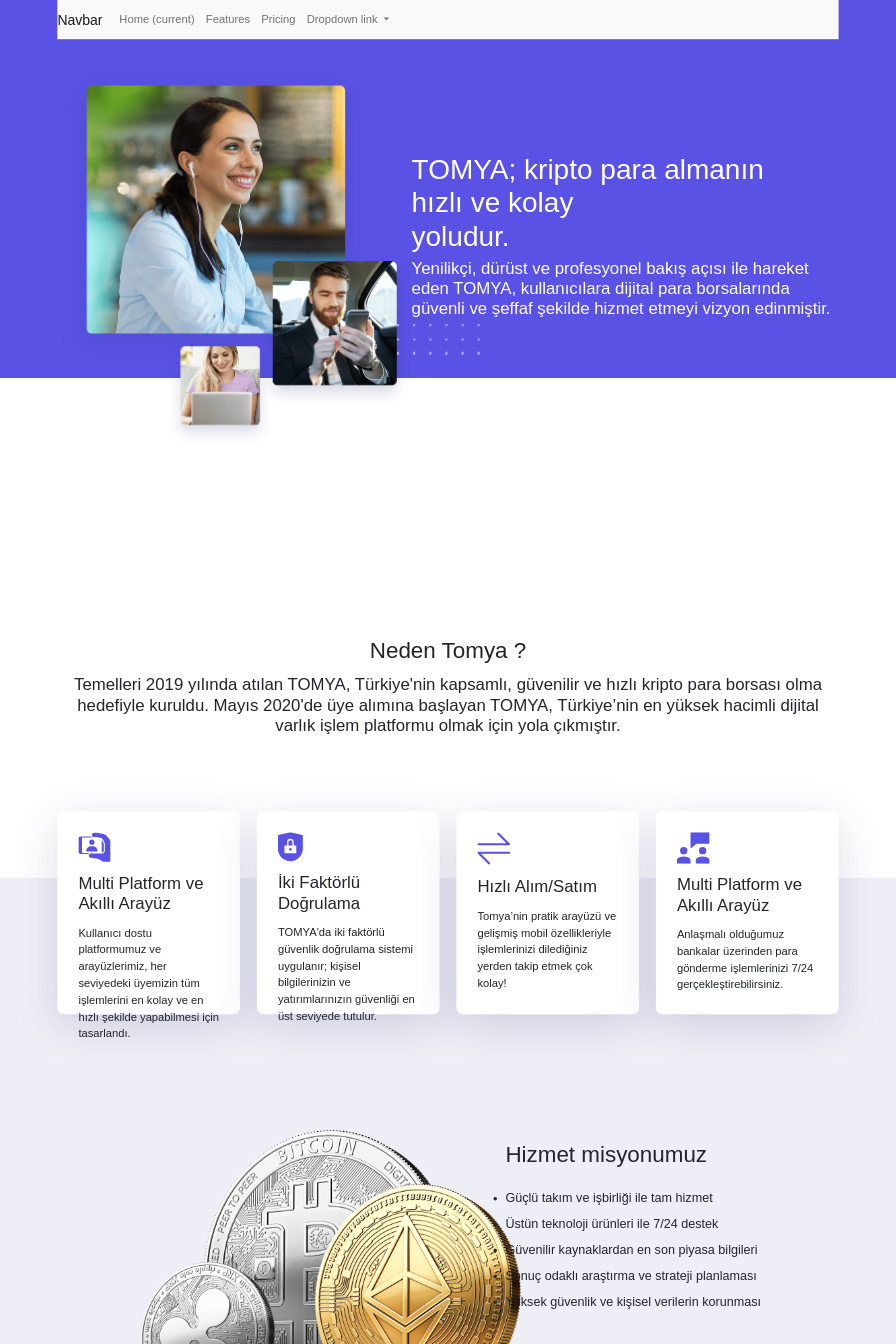
Repository: ezgibayrakli/TomyaProje
Page: index copy.html
These files come from the project's save history. The page is drawn as it stood at one moment and after the next save; the edit follows.
The browser window is 1280 px wide. The pictures show the part of the page from y = 0 to 1920 px (the page is 5181 px tall), at 70% of full size.
Some web fonts or font styles are not loaded; a fallback is used.

Above is the page before, as saved 2023-07-06 13:31:40.

### index copy.html
<!DOCTYPE html>
<html lang="en">
<head>
    <meta charset="UTF-8">
    <meta name="viewport" content="width=device-width, initial-scale=1.0">
    <!-- BOOTSTRAP -->
    <link href="https://cdn.jsdelivr.net/npm/bootstrap@5.1.3/dist/css/bootstrap.min.css" rel="stylesheet" integrity="sha384-1BmE4kWBq78iYhFldvKuhfTAU6auU8tT94WrHftjDbrCEXSU1oBoqyl2QvZ6jIW3" crossorigin="anonymous">
    <link rel="stylesheet" href="style.css">
    <title>Hakkımızda-Tomya</title>
</head>
<body>
    <!-- HEADER START -->
    <section id="header">
        <div class="header">
            <div class="container">
                <nav class="navbar navbar-expand-lg navbar-light bg-light">
                    <a class="navbar-brand" href="#">Navbar</a>
                    <button class="navbar-toggler" type="button" data-toggle="collapse" data-target="#navbarNavDropdown" aria-controls="navbarNavDropdown" aria-expanded="false" aria-label="Toggle navigation">
                      <span class="navbar-toggler-icon"></span>
                    </button>
                    <div class="collapse navbar-collapse" id="navbarNavDropdown">
                      <ul class="navbar-nav">
                        <li class="nav-item active">
                          <a class="nav-link" href="#">Home <span class="sr-only">(current)</span></a>
                        </li>
                        <li class="nav-item">
                          <a class="nav-link" href="#">Features</a>
                        </li>
                        <li class="nav-item">
                          <a class="nav-link" href="#">Pricing</a>
                        </li>
                        <li class="nav-item dropdown">
                          <a class="nav-link dropdown-toggle" href="#" id="navbarDropdownMenuLink" data-toggle="dropdown" aria-haspopup="true" aria-expanded="false">
                            Dropdown link
                          </a>
                          <div class="dropdown-menu" aria-labelledby="navbarDropdownMenuLink">
                            <a class="dropdown-item" href="#">Action</a>
                            <a class="dropdown-item" href="#">Another action</a>
                            <a class="dropdown-item" href="#">Something else here</a>
                          </div>
                        </li>
                      </ul>
                    </div>
                  </nav>
                <div class="header-text">
                    <div class="header-about-img">
                        <span class="icons-header"></span>
                        <img src="photo/aboutus-banner.png" alt="">
                    </div>
                    <div class="header-about-text">
                        <h1>TOMYA; kripto para almanın <br> hızlı ve kolay <br> yoludur.</h1>
                        <h4>Yenilikçi, dürüst ve profesyonel bakış açısı ile hareket eden TOMYA, kullanıcılara dijital para borsalarında güvenli ve şeffaf şekilde hizmet etmeyi vizyon edinmiştir.</h4>
                    </div>

                </div>
                </div>
            </div>
        </div>
    </section>
    <!-- HEADER END -->

    <!-- MAIN MENU START -->
    <section id="mainmenu">
        <div class="main-menu">
            <div class="container">
              <h2 class="text-md-center mt-5">Neden Tomya ?</h2>
              <h4 class="text-md-center mt-3">Temelleri 2019 yılında atılan TOMYA, Türkiye'nin kapsamlı, güvenilir ve hızlı kripto para borsası olma hedefiyle kuruldu. Mayıs 2020'de üye alımına başlayan TOMYA, Türkiye’nin en yüksek hacimli dijital varlık işlem platformu olmak için yola çıkmıştır.</h4>
            <div class="row">
                <div class="col-sm-12 col-md-3">
                    <div class="box">
                        <img src="photo/ic-selfie.svg" alt="">
                        <div class="box-text">
                            <h4 class="mt-3">Multi Platform ve Akıllı Arayüz</h4>
                            <p class="mt-3">Kullanıcı dostu platformumuz ve arayüzlerimiz, her seviyedeki üyemizin tüm işlemlerini en kolay ve en hızlı şekilde yapabilmesi için tasarlandı.</p>
                        </div>
                    </div>
                </div>
                <div class="col-sm-12 col-md-3">
                    <div class="box">
                        <img src="photo/ic-privacy.svg" alt="">
                        <div class="box-text">
                            <h4 class="mt-3">İki Faktörlü Doğrulama</h4>
                            <p class="mt-3">TOMYA'da iki faktörlü güvenlik doğrulama sistemi uygulanır; kişisel bilgilerinizin ve yatırımlarınızın güvenliği en üst seviyede tutulur.</p>
                        </div>
                    </div>
                </div>
                <div class="col-sm-12 col-md-3">
                    <div class="box">
                        <img src="photo/ic-sellbuy.svg" alt="">
                        <div class="box-text">
                            <h4 class="mt-3">Hızlı Alım/Satım</h4>
                            <p class="mt-3">Tomya’nin pratik arayüzü ve gelişmiş mobil özellikleriyle işlemlerinizi dilediğiniz yerden takip etmek çok kolay!</p>
                        </div>
                    </div>
                </div>
                <div class="col-sm-12 col-md-3">
                    <div class="box">
                        <img src="photo/ic-support.svg" alt="">
                        <div class="box-text">
                            <h4 class="mt-3">Multi Platform ve Akıllı Arayüz</h4>
                            <p class="mt-3">Anlaşmalı olduğumuz bankalar üzerinden para gönderme işlemlerinizi 7/24 gerçekleştirebilirsiniz.</p>
                        </div>
                    </div>
                </div>
            </div>
            </div>
        </div>
        <div class="main-menu-two">
            <div class="container">
                <div class="row">
                    <div class="col-sm-12 col-md-6 coins">
                        <img src="photo/aboutus-coins.png" alt="">
                    </div>
                    <div class="col-sm-12 col-md-6 coins-text">
                        <h2 class="mt-3">Hizmet misyonumuz</h2>
                        <ul class="coins-text-ul">
                            <li>Güçlü takım ve işbirliği ile tam hizmet</li>
                            <li>Üstün teknoloji ürünleri ile 7/24 destek</li>
                            <li>Güvenilir kaynaklardan en son piyasa bilgileri</li>
                            <li>Sonuç odaklı araştırma ve strateji planlaması</li>
                            <li>Yüksek güvenlik ve kişisel verilerin korunması</li>
                        </ul>
                    </div>

                </div>
            </div>
        </div>
        <div class="main-menu-three">
            <div class="container">
                <h2 >İş Ortaklarımız</h2>
                <div class="row">
                        <div class="col-sm-12 col-md-6 bctr-img">
                            <img src="photo/BCTR-logo.png" alt="">
                        </div>
                        <div class="col-sm-12 col-md-6 mt-auto mb-auto ">
                            <p>Tomya Teknoloji A.Ş. olarak kripto ekosisteminde faaliyetlerimize hız kesmeden devam ediyoruz. Türkiye’de sürdürülebilir blockchain ekosistemi oluşturan, bu teknoloji ile yeni dönem iş yapış biçimlerinin önündeki zorlukların giderilmesine yönelik çalışmaları bulunan Blockchain Türkiye Platformu'na platin üye olduk.</p>
                        </div>
                </div>
            </div>
        </div>
        <div class="main-menu-four">
    <div class="container">
        <div class="row">
            <div class="col-sm-6">
                <h2>TOMYA'yı Sosyal Medyada Takip Edin</h2>
                <h3 class="mt-3">Dijital para borsalarındaki diğer yatırımcılarla bağlantı kurmak, promosyonlar hakkında bilgi almak ve yatırım stratejilerini tartışmak için TOMYA'yı sosyal medya üzerinden takip edebilirsiniz.</h3>
                <a href="#" ><img src="photo/followTwitter.svg" alt="" class="mt-5"></a>
            </div>
                <div class="col-sm-6 twitter-img">
                    <img  alt="img_twitter_social" src="photo/img_twitter_social.png">
                </div>
            </div>
    </div>
        </div>
        <div class="main-menu-five">
            <div class="container">
                <div class="box">
                    <div class="row">
                        <div class="col-md-4">
                            <h2>Basın Kiti</h2>
                        </div>
                        <div class="col-md-8">
                            <h3>Markamıza ait logomuzun medya kanallarında ya da farklı mecralarda en doğru şekilde kullanımı için basın materyallerini indirebilirsiniz.</h3>
                        </div>
                    </div>
                    <div class="row" style="height: 200px;margin-top: 45px;">
                        <div class="col-md-2 bg-white" style="margin-right:20px;border-radius: 10px;">
                            <h6 style="margin-top: 150px;text-align: center;">Logo Kullanımı</h6>
                        </div>
                        <div class="col bg-white" style="border-radius: 10px;">
                            <div class="row">
                                <div class="col-md-3">
                                    <h6 style="margin-top: 140px;text-align: center;">Renkli ve <br>
                                        Siyah/Beyaz kullanım</h6>
                                </div>
                                <div class="col-md-3">
                                    <h6 style="margin-top: 140px;text-align: center;">Logo baskı, web ve <br>
                                        HEX renk kodları</h6></div>
                                <div class="col-md-6">
                                <a href="#">
                                    <h6 class="btn-outline" style="margin-top: 140px;text-align: center;">
                                        Basın Kitini İndir
                                    </h6>
                                </a>
                                </div>
                        </div>

                    </div>
                </div>
            </div>
        </div>
    </section>
    <!-- MAIN MENU END -->

    <!-- FOOTER START -->
    <div class="footer">
        <div class="footer-one mt-5">
            <div class="container">
                <div class="wrap d-flex align-items-start flex-lg-row flex-column">
                    <h3>Avantajlı Kripto İşlemleri</h3>
                    <h5 class="w-100 ml-lg-3 mt-lg-0 ">TOMYA, müşterilerine güvenilir ve șeffaf hizmet anlayışının yanında düșük komisyon prensipleri de sunar. TOMYA ile dijital para borsalarındaki alım satım deneyiminizi en üst noktaya çıkarabilirsiniz.</h5>
                    <a href="#" class="btn mr-auto ml-auto  mr-lg-0 mt-lg-0 ">Hesap Oluştur</a>
                </div>
            </div>
        </div>
    <footer class="footer-two footer">
    <div class="container">
        <div class="row">
            <div class="col-md-2 items">
                <h6>Kurumsal</h6>
                <ul>
                    <li><a href="#">Kullanıcı Sözleşmesi</a></li>
                    <li><a href="#">Gizlilik ve Çerez Politikası</a></li>
                    <li><a href="#">Kişisel Verilerin Korunması</a></li>
                    <li><a href="#">Açık Rıza Ve Dijital İletişim İzni Beyanı</a></li>
                    <li><a href="#">Hakkımızda</a></li>
                    <li><a href="#">İletişim</a></li>
                </ul>
            </div>
            <div class="col-md-2 items">
                <h6>Kullanıcılar için</h6>
                <ul>
                    <li><a href="#">Blog</a></li>
                    <li><a href="#">Basında Biz</a></li>
                    <li><a href="#">Sıkça Sorulan Sorular</a></li>
                    <li><a href="#">Kripto Hesaplayıcı</a></li>
                    <li><a href="#">Kripto Sözlük</a></li>
                    <li><a href="#">Duyurular</a></li>
                    <li><a href="#">Limitler</a></li>
                    <li><a href="#">Para Yatırma ve Çekme Platformları</a></li>
                    <li><a href="#">Kara Para Aklamayı Önleme Politikası</a></li>
                    <li><a href="#">Müşterini Tanı (KYC) Politikası</a></li>

                </ul>
            </div>
            <div class="col-md-2 items">
                <h6>Kripto paralar</h6>
            <ul >
                    <li><a href="#">Bitcoin</a></li>
                    <li><a href="#">Ethereum</a></li>
                    <li><a  href="#">Ripple</a></li>
                    <li> <a  href="#">Litecoin</a></li>
                    <li><a  href="#">Tether</a></li>
                    <li> <a  href="#">Chainlink</a></li>
                    <li> <a  href="#">Polkadot</a></li>
                    <li> <a  href="#">Avalanche</a></li>
                    <li><a  href="#">Binance Coin</a></li>
                    <li>  <a  href="#">Pancakeswap</a></li>
                    <li> <a  href="#">Solana</a></li>
                    <li><a  href="#">NEAR Protocol</a></li>
                    <li> <a  href="#">ApeCoin</a></li>
                    <li><a  href="#">Uniswap</a></li>
                    <li><a  href="#">Fantom</a></li>
                    <li><a  href="#">Curve DAO</a></li>
                    <li> <a  href="#">Ethereum Classic</a></li>
            </ul>
            </div>
            <div class="col-md-2 items mt-4">
            <ul>
                <li><a href="#">Dogecoin</a></li>
                <li> <a href="#">Cardano</a></li>
                <li><a href="#">NEO</a></li>
                <li>  <a href="#">Chiliz</a></li>
                <li><a href="#">Holochain</a></li>
                <li> <a href="#">BitTorrent Chain</a></li>
                <li><a href="#">Decentraland</a></li>
                <li><a href="#">The Sandbox</a></li>
                <li> <a href="#">Shiba Inu</a></li>
                <li><a href="#">Polygon</a></li>
                <li> <a href="#">PAX Gold</a></li>
                <li> <a href="#">Cosmos</a></li>
                <li><a href="#">Enjin Coin</a></li>
                <li> <a href="#">VeChain</a></li>
                <li><a href="#">THORChain </a></li>
                <li> <a href="#">Oasis Network</a></li>

            </ul>
            </div>
            <div class="col-md-2 items">
                <h6>Rehber</h6>
                <ul>
                <li>  <a href="#">Bitcoin al</a></li>
                <li><a href="#">Ethereum al</a></li>
                <li> <a href="#">Ripple al</a></li>
                <li><a href="#">Litecoin al</a></li>
                <li> <a href="#">Tether al</a></li>
                <li> <a href="#">Chainlink al</a></li>
                <li><a href="#">Polkadot al</a></li>
                <li><a href="#">Avalanche al</a></li>
                <li> <a href="#">Binance Coin al</a></li>
                <li> <a href="#">Pancakeswap al</a></li>
                <li><a href="#">Solana al</a></li>
                <li><a href="#">NEAR Protocol al</a></li>
                <li><a href="#">ApeCoin al</a></li>
                <li> <a href="#">Uniswap al</a></li>
                <li>  <a href="#">Fantom al</a></li>
                <li><a href="#">Curve DAO al</a></li>
                <li><a href="#">Ethereum Classic al</a></li>

            </ul>
            </div>
            <div class="col-md-2 items mt-4">
            <ul>
                <li>   <a href="#">Dogecoin al</a></li>
                <li> <a href="#">Cardano al</a></li>
                <li><a href="#">NEO al</a></li>
                <li><a href="#">Chiliz al</a></li>
                <li><a href="#">Holochain al</a></li>
                <li> <a href="#">BitTorrent Chain al</a></li>
                <li> <a href="#">Decentraland al</a></li>
                <li><a href="#">The Sandbox al</a></li>
                <li><a href="#">Shiba Inu al</a></li>
                <li><a href="#">Polygon al</a></li>
                <li><a href="#">PAX Gold al</a></li>
                <li> <a href="#">Cosmos al</a></li>
                <li> <a href="#">Enjin Coin al</a></li>
                <li><a href="#">VeChain al</a></li>
                <li><a href="#">THORChain al</a></li>
                <li><a href="#">Oasis Network al</a></li>

            </ul>
            </div>
        </div>
        <hr class="mt-5" style="color: gray;">
      <div class=" pt-5 d-flex justify-content-lg-between flex-lg-row flex-column align-items-lg-center">
            <div>
            <h6 >TOMYA TEKNOLOJİ A.Ş. <br>Maslak Mah. Saat Sok. Spine Tower No: 5/10, <br>Sarıyer / İstanbul </h6>
            <br><h6 >Tel: 0(212) 807 10 71(72-73)</h6>
        </div>
        <div>
        <div class="social d-flex justify-content-lg-end mt-lg-0 mt-5">
            <a class="mr-4" href="https://www.facebook.com/tomya.com" target="_blank"><img  alt="facebook-ikon" src="photo/ic-fb.svg"></a>
            <a class="mr-4" href="https://twitter.com/tomyacom" target="_blank"><img  alt="twitter-ikon" src="photo/ic-tw.svg"></a>
            <a class="mr-4" href="https://www.instagram.com/tomyacom/" target="_blank"><img alt="instagram-ikon" src="photo/ic-ins.svg"></a>
            <a class="mr-4" href="https://t.me/tomyacom" target="_blank"><img alt="telegram-ikon" src="photo/ic-telegram.svg"></a>
            <a class="mr-4" href="https://www.youtube.com/channel/UCSOpFT_5xJLvf6yfXIyxDlQ" target="_blank"><img alt="yt-ikon" src="photo/ic-yt-logo.svg"></a>
        </div>
        </div>
       </div>
       <div class="row">
        <h6 class="mt-5 mb-5 tomya-end">Tüm Hakları Saklıdır. © 2021 - TOMYA <br> TOMYA TEKNOLOJİ A.Ş. <br> Mersis No: 0850062440300001</h6>
       </div>
    </div>
       </footer>

    </div>
    <!-- FOOTER END -->

    <script src="tomya.js"></script>
    <script src="https://cdn.jsdelivr.net/npm/bootstrap@5.1.3/dist/js/bootstrap.bundle.min.js" integrity="sha384-ka7Sk0Gln4gmtz2MlQnikT1wXgYsOg+OMhuP+IlRH9sENBO0LRn5q+8nbTov4+1p" crossorigin="anonymous"></script>
    <!-- SAYFAMIZIN NETWORK KISMINDAN UYGULANIP UYGULANMADIGINI GORURUZ -->
</body>
</html>

Loaded but not shown: style.css (302 lines, source omitted); tomya.js (no copy from this time; the picture is the same without it)

After the next save:
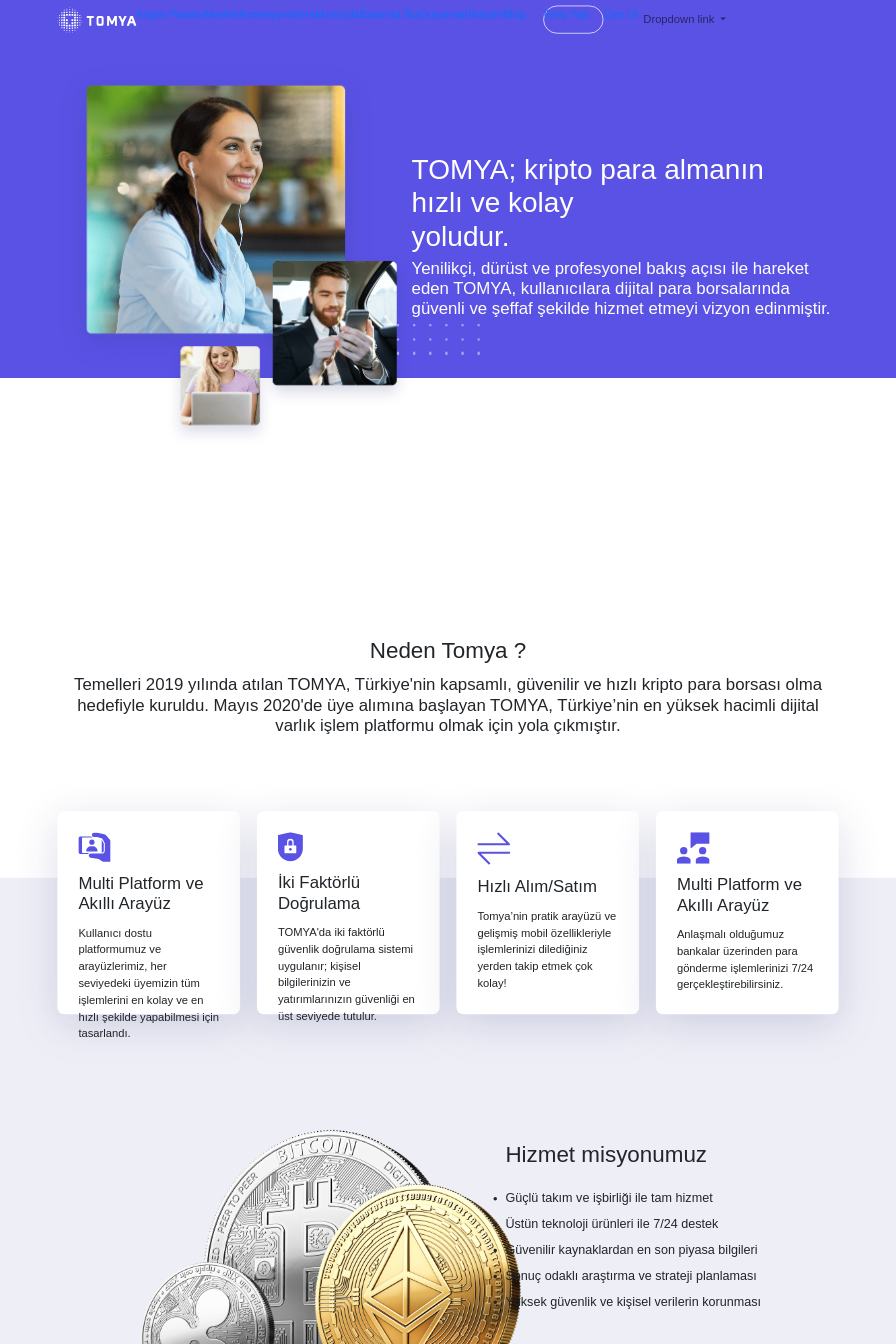
Saved 15 s later.
--- a/index copy.html
+++ b/index copy.html
@@ -13,22 +13,25 @@
     <section id="header">
         <div class="header">
             <div class="container">
-                <nav class="navbar navbar-expand-lg navbar-light bg-light">
-                    <a class="navbar-brand" href="#">Navbar</a>
+                <nav class="navbar navbar-expand-lg navbar-light">
+                    <div class="header-logo">
+                        <img src="photo/tomya-logo.svg" alt="">
+                    </div>
                     <button class="navbar-toggler" type="button" data-toggle="collapse" data-target="#navbarNavDropdown" aria-controls="navbarNavDropdown" aria-expanded="false" aria-label="Toggle navigation">
                       <span class="navbar-toggler-icon"></span>
                     </button>
                     <div class="collapse navbar-collapse" id="navbarNavDropdown">
                       <ul class="navbar-nav">
-                        <li class="nav-item active">
-                          <a class="nav-link" href="#">Home <span class="sr-only">(current)</span></a>
-                        </li>
-                        <li class="nav-item">
-                          <a class="nav-link" href="#">Features</a>
-                        </li>
-                        <li class="nav-item">
-                          <a class="nav-link" href="#">Pricing</a>
-                        </li>
+                        <li><a href="#">Kripto Paralar</a></li>
+                        <li><a href="#">Market</a></li>
+                        <li><a href="#">Komisyonlar</a></li>
+                        <li><a href="#">Hakkımızda</a></li>
+                        <li><a href="#">Basında Biz</a></li>
+                        <li><a href="#">Duyurular</a></li>
+                        <li><a href="#">İletişim</a></li>
+                        <li><a href="#">Blog</a></li>
+                        <li class="enter"><a href="#">Giriş Yap</a></li>
+                        <li><a href="#">Üye Ol</a></li>
                         <li class="nav-item dropdown">
                           <a class="nav-link dropdown-toggle" href="#" id="navbarDropdownMenuLink" data-toggle="dropdown" aria-haspopup="true" aria-expanded="false">
                             Dropdown link
